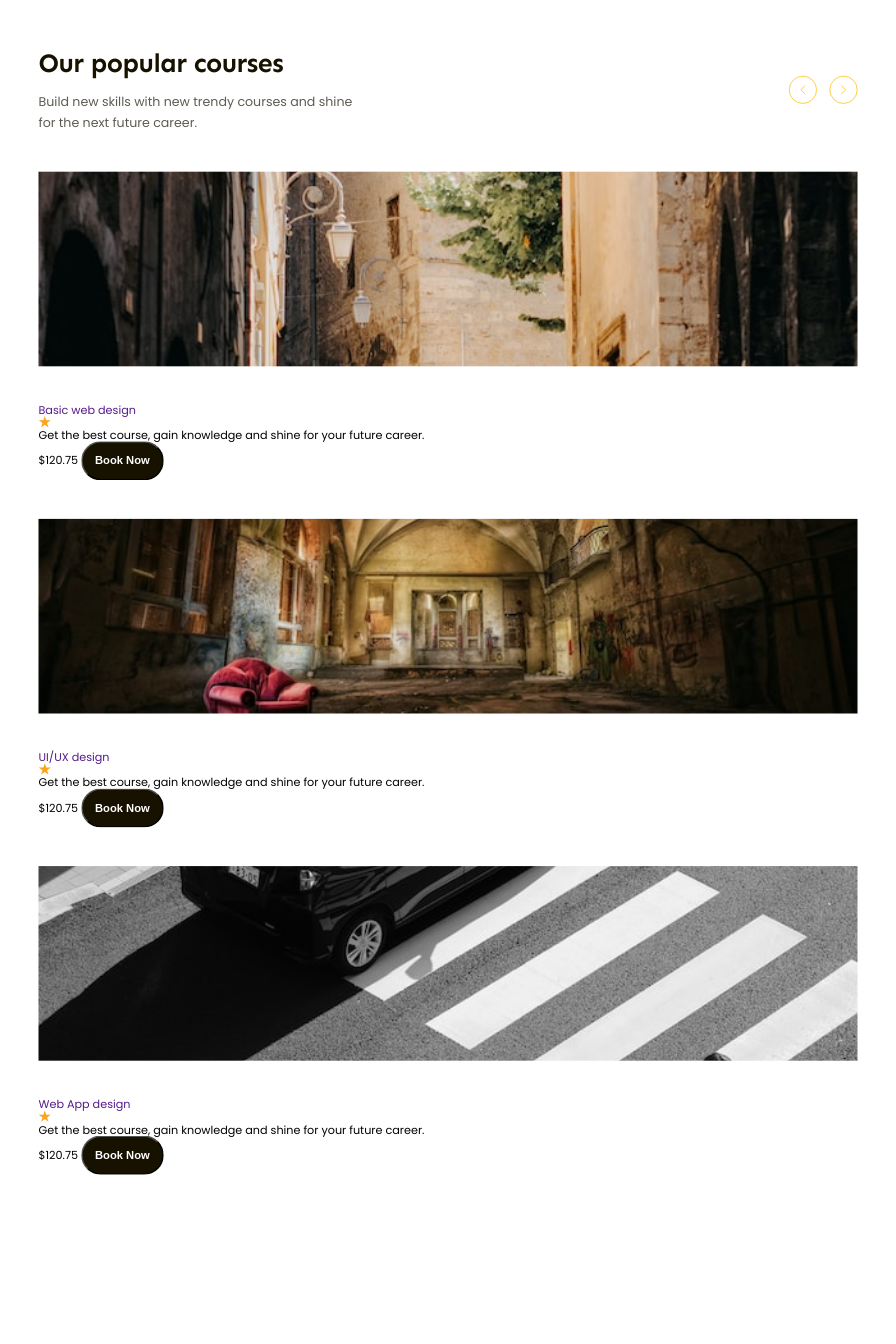
Repository: empty24062002/f8-htmlcss-02-pratice
Page: index.html
An editor plug-in stored every save of this project. The page is shown before and after the next save, followed by the edit.
The browser window is 1280 px wide. The pictures show the part of the page from y = 1006 to 2926 px (the page is 5187 px tall), at 70% of full size.
A picture or video elsewhere on the page could not be fetched, so the positions and the page height are approximate.

Above is the page before, as saved 2023-07-19 07:39:43.

### index.html
<!DOCTYPE html>
<html lang="en">
    <head>
        <meta charset="UTF-8" />
        <meta name="viewport" content="width=device-width, initial-scale=1.0" />
        <title>F8 Project 02 Practice</title>
        <!-- Reset CSS -->
        <link rel="stylesheet" href="./assets/css/reset.css" />
        <!-- Embed font -->
        <link rel="preconnect" href="https://fonts.googleapis.com" />
        <link rel="preconnect" href="https://fonts.gstatic.com" crossorigin />
        <link
            href="https://fonts.googleapis.com/css2?family=Poppins:wght@400;500;600;700&family=Sen:wght@700&display=swap"
            rel="stylesheet"
        />
        <link rel="stylesheet" href="./assets/css/styles.css" />
    </head>
    <body>
        <!-- Header -->
        <header class="header fixed">
            <div class="main-content">
                <div class="body">
                    <img
                        src="./assets/img/logo.svg"
                        alt="lesson."
                        class="logo"
                    />
                    <!-- nav -->
                    <nav class="nav">
                        <ul>
                            <li class="active">
                                <a href="#!">Home</a>
                            </li>
                            <li>
                                <a href="#!">Courses</a>
                            </li>
                            <li>
                                <a href="#!">Pricing</a>
                            </li>
                            <li>
                                <a href="#!">Reviews</a>
                            </li>
                        </ul>
                    </nav>
                    <!-- Action -->
                    <div class="action">
                        <a href="#!" class="btn sign-up-btn">Sign Up</a>
                    </div>
                </div>
            </div>
        </header>
        <main style="height: 5000px">
            <!-- hero -->
            <div class="hero">
                <div class="main-content">
                    <div class="hero-body">
                        <!-- Hero left -->
                        <div class="media-block">
                            <img
                                src="./assets/img/hero-media.jpg"
                                alt="Learn without limits and spread knowledge."
                                class="img"
                            />
                            <div class="hero-summary">
                                <!-- Item 1 -->
                                <div class="item">
                                    <div class="icon">
                                        <img
                                            src="./assets/icons/icon1.svg"
                                            alt=""
                                        />
                                    </div>
                                    <div class="info">
                                        <p class="lable">20 Courses</p>
                                        <p class="title">UI/UX Design</p>
                                    </div>
                                </div>
                                <!-- Item 2 -->
                                <div class="item">
                                    <div class="icon">
                                        <img
                                            src="./assets/icons/icon2.svg"
                                            alt=""
                                        />
                                    </div>
                                    <div class="info">
                                        <p class="lable">20 Courses</p>
                                        <p class="title">Development</p>
                                    </div>
                                </div>
                                <!-- Item 3 -->
                                <div class="item">
                                    <div class="icon">
                                        <img
                                            src="./assets/icons/icon 3.svg"
                                            alt=""
                                        />
                                    </div>
                                    <div class="info">
                                        <p class="lable">30 Courses</p>
                                        <p class="title">Marketing</p>
                                    </div>
                                </div>
                            </div>
                        </div>
                        <!-- Hero right -->
                        <div class="content-block">
                            <h1 class="heading lv1">
                                Learn without limits and spread knowledge.
                            </h1>
                            <p class="desc">
                                Build new skills for that “this is my year”
                                feeling with courses, certificates, and degrees
                                from world-class universities and companies.
                            </p>
                            <div class="cta-group">
                                <a href="" class="btn cta-btn">See Courses</a>
                                <button class="watch-video">
                                    <div class="icon">
                                        <img
                                            src="./assets/icons/watch-video.svg"
                                            alt=""
                                        />
                                    </div>
                                    <span>Watch video</span>
                                </button>
                            </div>
                            <p class="desc">Recent engagement</p>
                            <p class="desc stats">
                                <strong>50K</strong> Students
                                <strong>70+</strong> Courses
                            </p>
                        </div>
                    </div>
                </div>
            </div>
            <!-- Popular -->
            <div class="popular">
                <div class="main-content">
                    <div class="popular-top">
                        <div class="info">
                            <h2 class="heading lv2">Our popular courses</h2>
                            <p class="desc">
                                Build new skills with new trendy courses and
                                shine for the next future career.
                            </p>
                        </div>
                        <div class="controls">
                            <button class="control-btn">
                                <svg
                                    width="8"
                                    height="14"
                                    viewBox="0 0 8 14"
                                    fill="none"
                                    xmlns="http://www.w3.org/2000/svg"
                                >
                                    <path
                                        d="M7 1L1 7L7 13"
                                        stroke="currentColor"
                                        stroke-linecap="round"
                                        stroke-linejoin="round"
                                    />
                                </svg>
                            </button>
                            <button class="control-btn">
                                <svg
                                    width="8"
                                    height="14"
                                    viewBox="0 0 8 14"
                                    fill="none"
                                    xmlns="http://www.w3.org/2000/svg"
                                >
                                    <path
                                        d="M1 1L7 7L1 13"
                                        stroke="currentColor"
                                        stroke-linecap="round"
                                        stroke-linejoin="round"
                                    />
                                </svg>
                            </button>
                        </div>
                    </div>
                    <div class="popular-course-list">
                        <!-- Item 1 -->
                        <div class="course-item">
                            <a href="">
                                <img
                                    src="./assets/img/popular-1.jpg"
                                    alt=""
                                    class="thumb"
                                />
                            </a>
                            <div class="info">
                                <div class="head">
                                    <h3 class="title">
                                        <a href="">Basic web design</a>
                                    </h3>
                                    <div class="rating">
                                        <img
                                            src="./assets/icons/star.svg"
                                            alt=""
                                            class="star"
                                        />
                                    </div>
                                    <p class="desc">
                                        Get the best course, gain knowledge and
                                        shine for your future career.
                                    </p>
                                    <span class="price">$120.75</span>
                                    <button class="btn">Book Now</button>
                                </div>
                            </div>
                        </div>
                        <!-- Item 2 -->
                        <div class="course-item">
                            <a href="">
                                <img
                                    src="./assets/img/popular-2.jpg"
                                    alt=""
                                    class="thumb"
                                />
                            </a>
                            <div class="info">
                                <div class="head">
                                    <h3 class="title">
                                        <a href="">UI/UX design</a>
                                    </h3>
                                    <div class="rating">
                                        <img
                                            src="./assets/icons/star.svg"
                                            alt=""
                                            class="star"
                                        />
                                    </div>
                                    <p class="desc">
                                        Get the best course, gain knowledge and
                                        shine for your future career.
                                    </p>
                                    <span class="price">$120.75</span>
                                    <button class="btn">Book Now</button>
                                </div>
                            </div>
                        </div>
                        <!-- Item 3 -->
                        <div class="course-item">
                            <a href="">
                                <img
                                    src="./assets/img/popular-3.jpg"
                                    alt=""
                                    class="thumb"
                                />
                            </a>
                            <div class="info">
                                <div class="head">
                                    <h3 class="title">
                                        <a href="">Web App design</a>
                                    </h3>
                                    <div class="rating">
                                        <img
                                            src="./assets/icons/star.svg"
                                            alt=""
                                            class="star"
                                        />
                                    </div>
                                    <p class="desc">
                                        Get the best course, gain knowledge and
                                        shine for your future career.
                                    </p>
                                    <span class="price">$120.75</span>
                                    <button class="btn">Book Now</button>
                                </div>
                            </div>
                        </div>
                    </div>
                </div>
            </div>
        </main>
    </body>
</html>

### assets/css/styles.css
* {
    box-sizing: border-box;
}

:root {
    --font-heading: Sen, sans-serif;
    --primary-color: #ffb900;
    --secondary-color: #171100;
}

html {
    font-size: 62.5%;
}

body {
    font-size: 1.6rem;
    font-family: "Poppins", sans-serif;
}

/* Common */
a {
    text-decoration: none;
}

.main-content {
    width: 1170px;
    max-width: calc(100% - 48px);
    margin-left: auto;
    margin-right: auto;
}

.btn {
    display: inline-block;
    width: 118px;
    line-height: 50px;
    font-size: 1.6rem;
    font-weight: 600;
    text-align: center;
    color: #ffffff;
    background: var(--secondary-color);
    border-radius: 999px;
}

.btn:hover {
    opacity: 0.9;
    cursor: pointer;
}

.heading {
    color: var(--secondary-color);
    font-family: var(--font-heading);
    font-size: 5.8rem;
    letter-spacing: -0.02em;
}

.heading.lv1 {
    font-weight: 700;
    line-height: 1.17;
}
.heading.lv2 {
    font-size: 3.8rem;
    line-height: 1.26;
}

/* Header */
.header {
    padding: 56px 0 65px;
    background: #fffcf4;
}

.header.fixed {
    position: sticky;
    margin-top: -28px;
}

.header .body {
    display: flex;
    align-items: center;
    padding: 36px 0 8px;
}

.nav {
    margin-left: auto;
}

.nav ul {
    display: flex;
}

.nav a {
    position: relative;
    padding: 8px 21px;
    font-size: 1.6rem;
    font-weight: 400;
    color: var(--secondary-color);
}

.nav a:hover,
.nav li.active a {
    text-shadow: 1px 0 0 currentColor;
    color: var(--secondary-color);
}

.nav li.active a::after {
    position: absolute;
    left: 21px;
    bottom: 6px;
    content: "";
    display: block;
    width: 12px;
    height: 2px;
    border-radius: 1px;
    background-color: var(--secondary-color);
}

.header .sign-up-btn {
    min-width: 144px;
    border-radius: 25px;
}

.header .action {
    margin-left: 49px;
}

/* Hero */
.hero {
    background: #fffcf4;
    padding-top: 64px 0 65px;
}

.hero .hero-body {
    display: flex;
}

/* hero left */
.hero .media-block {
    width: 48%;
    position: relative;
}

.hero .media-block .img {
    width: 470px;
    height: 685px;
    object-fit: cover;
    border-radius: 20px;
    vertical-align: bottom;
}

.hero-summary {
    position: absolute;
    padding: 24px 28px;
    bottom: 48px;
    right: 0;
    width: 270px;
    border-radius: 12px;
    background-color: #ffffff;
    box-shadow: 0px 16px 32px 0px #0000000d;
}

.hero-summary .item {
    display: flex;
    align-items: center;
}

.hero-summary .item + .item {
    margin-top: 22px;
}

.hero-summary .icon {
    display: flex;
    align-items: center;
    justify-content: center;
    width: 48px;
    height: 48px;
    background-color: #fff9e8;
    border-radius: 50%;
}

.hero-summary .item:nth-of-type(2) .icon {
    background: #fcefff;
}
.hero-summary .item:nth-of-type(3) .icon {
    background: #ebeaff;
}

.hero-summary .info {
    margin-left: 16px;
}

.hero-summary .lable {
    color: #5f5b53;
    font-size: 1.4rem;
    font-weight: 400;
    line-height: 1.85;
}

.hero-summary .title {
    color: var(--secondary-color);
    font-size: 1.8rem;
    font-weight: 600;
    line-height: 1.66;
}
/* Hero right */
.hero .content-block {
    width: 52%;
    padding: 64px 0 0 130px;
}

.hero .desc {
    margin-top: 22px;
    color: #5f5b53;
    font-size: 1.8rem;
    font-weight: 400;
    line-height: 1.66;
}

.hero .cta-group {
    display: flex;
    align-items: center;
    margin: 38px 0 48px;
}

.hero .cta-btn {
    min-width: 180px;
    line-height: 64px;
    background-color: var(--primary-color);
}

.hero .watch-video {
    display: flex;
    justify-content: center;
    align-items: center;
    margin-left: 28px;
    border: none;
    background-color: transparent;
}

.hero .watch-video .icon {
    display: flex;
    align-items: center;
    justify-content: center;
    width: 40px;
    height: 40px;
    border-radius: 50%;
    background-color: #ffffff;
    box-shadow: 0px 8px 16px 0px #00000012;
}

.hero .watch-video span {
    margin-left: 14px;
    color: var(--secondary-color);
    font-size: 1.8rem;
    font-weight: 600;
    line-height: 1.66;
}

.hero .stats {
    margin: 8px 0 0 -28px;
}

.hero .stats strong {
    padding: 0 8px 0 28px;
    color: var(--secondary-color);
    font-family: var(--font-heading);
    font-size: 4.4rem;
    font-weight: 700;
    line-height: 1.22;
}
/* Popular */
.popular {
    padding: 65px 0;
    margin-top: 135px;
}

.popular-top {
    display: flex;
    justify-content: space-between;
    align-items: center;
}

.popular-top .desc {
    width: 458px;
    margin-top: 16px;
    color: #5f5b53;
    font-size: 1.8rem;
    font-weight: 400;
    line-height: 1.66;
}

.popular-top .controls {
    display: flex;
    gap: 18px;
}

.popular-top .control-btn {
    display: flex;
    justify-content: center;
    align-items: center;
    width: 40px;
    height: 40px;
    color: var(--primary-color);
    border: 1px solid var(--primary-color);
    border-radius: 50%;
    background-color: transparent;
    cursor: pointer;
}

.popular-top .control-btn:hover {
    color: #fff9e8;
    background-color: var(--primary-color);
}

.popular .course-item a {
    display: flex;
    flex: 1;
    margin-top: 55px;
}

.popular .course-item .thumb {
    width: 100%;
    height: 278px;
    object-fit: cover;
}

Loaded but not shown: assets/css/reset.css (common file)

After the next save:
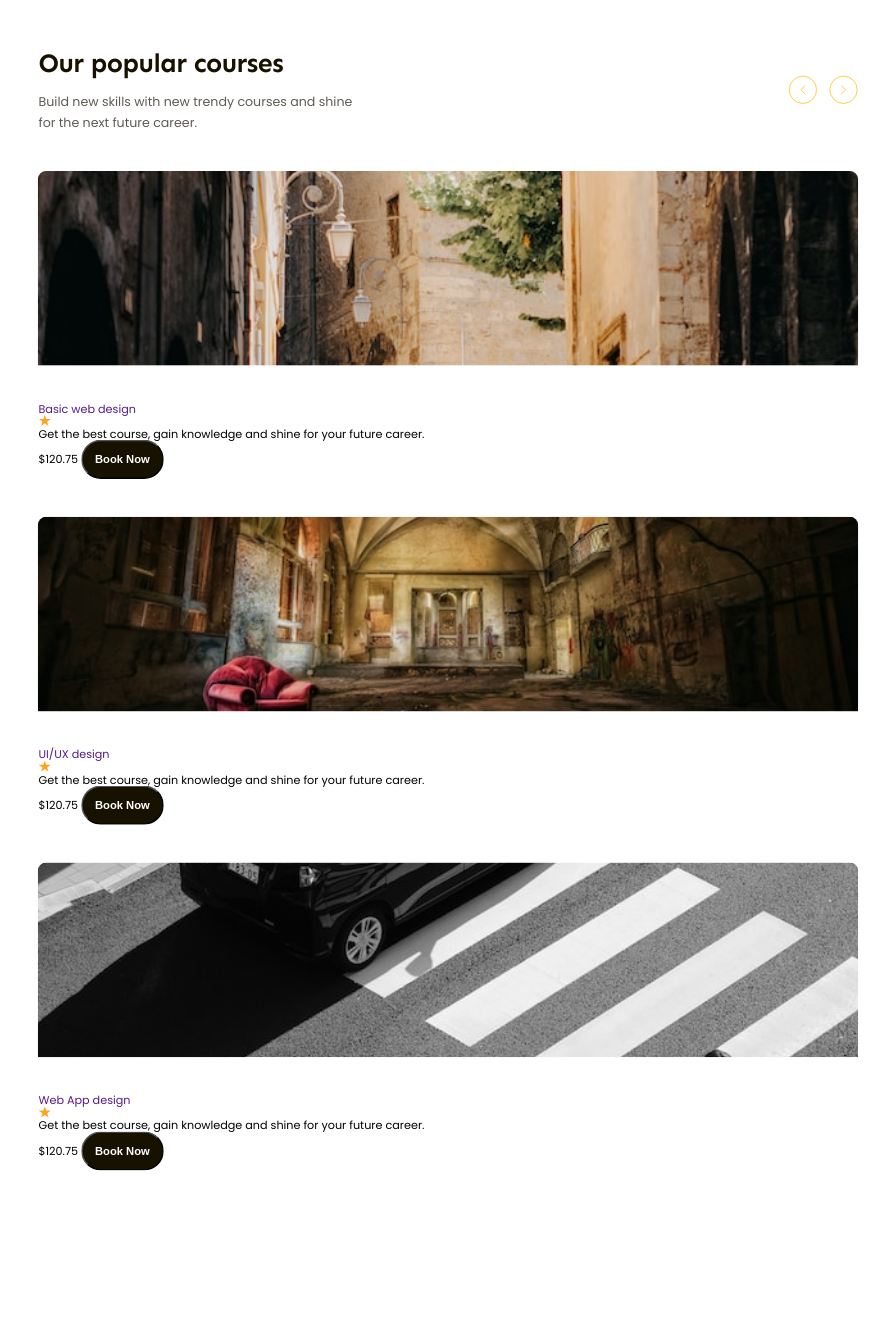
Saved 16 s later.
--- a/assets/css/styles.css
+++ b/assets/css/styles.css
@@ -317,7 +317,9 @@
 }
 
 .popular .course-item .thumb {
-    width: 100%;
+    width: calc(100% + 2px);
     height: 278px;
+    margin: -1px;
     object-fit: cover;
-}
+    border-radius: 12px 12px 0px 0px;
+}
